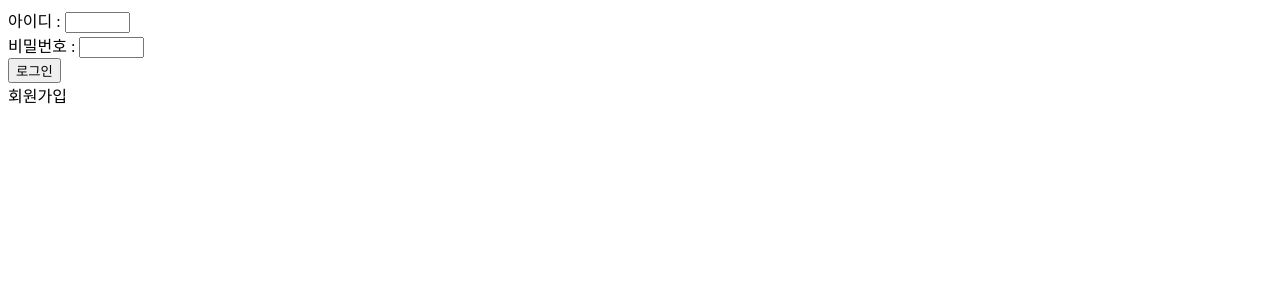
Repository: SeungMok/login_practice
Page: Login_practice/WebContent/index.html
These files come from the project's save history. The page is drawn as it stood at one moment and after the next save; the edit follows.
The browser window is 1280 px wide. The pictures show the whole page.

Above is the page before, as saved 2020-03-15 04:43:52.

After the next save:
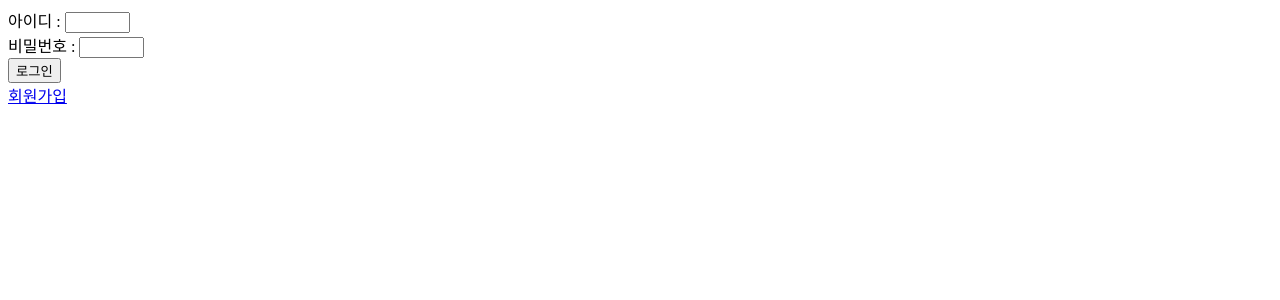
Saved 3 min 16 s later.
--- a/Login_practice/WebContent/index.html
+++ b/Login_practice/WebContent/index.html
@@ -11,6 +11,6 @@
 		<input type="submit" value="로그인">
 	</form>
 
-	<a herf="join.html">회원가입</a>
+	<a href="join.html">회원가입</a>
 </body>
 </html>
